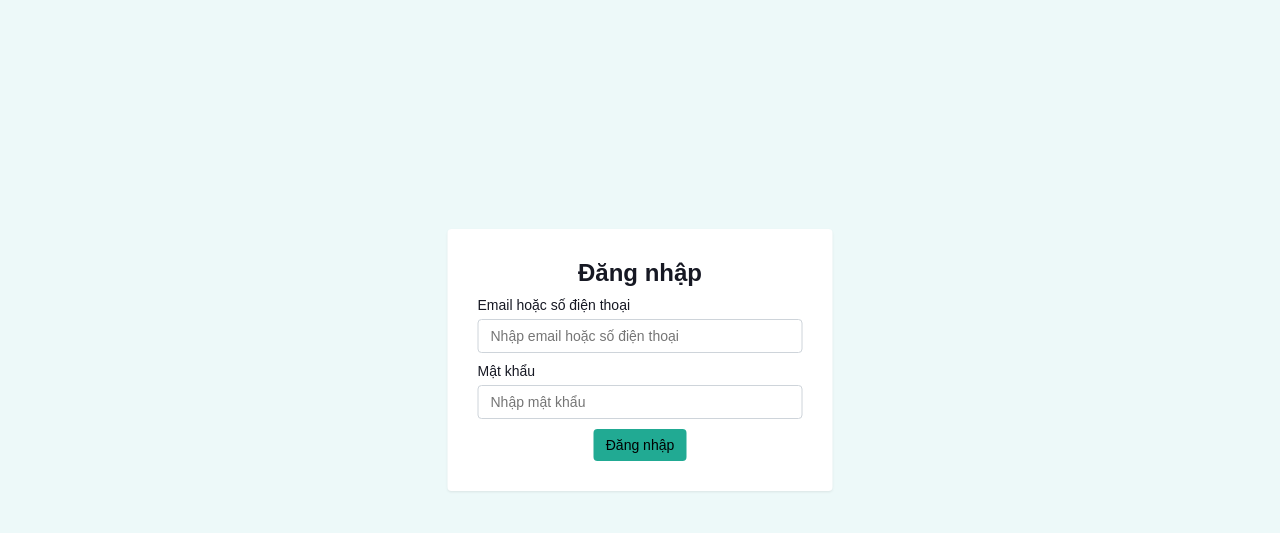
Repository: ntq25012002/chat-app
Page: /login
An editor plug-in stored every save of this project. The page is shown before and after the next save, followed by the edit.
The browser window is 1280 px wide. The pictures show the whole page.
The project was rebuilt for these pictures with package versions that can differ from the ones it lists, and the page was loaded fresh each time. Also part of the build but not shown: src/pages/Home/index.js, src/pages/Profile/index.js, src/layouts/components/SideBar/index.js, src/layouts/DefaultLayout/index.js.

Above is the page before, as saved 2023-05-19 10:46:53.

### src/index.js
import React from 'react';
import ReactDOM from 'react-dom/client';
// import './index.css';
import App from './App';
import reportWebVitals from './reportWebVitals';
import GlobalStyles from '~/components/GlobalStyles';

const root = ReactDOM.createRoot(document.getElementById('root'));
root.render(
  <React.StrictMode>
    <GlobalStyles>
      <App />
    </GlobalStyles>
  </React.StrictMode>
);

// If you want to start measuring performance in your app, pass a function
// to log results (for example: reportWebVitals(console.log))
// or send to an analytics endpoint. Learn more: https://bit.ly/CRA-vitals
reportWebVitals();

### src/App.js
// import logo from './logo.svg';
import './App.css';
import React, {Fragment} from 'react';
import { BrowserRouter as Router, Routes, Route } from 'react-router-dom';
import {publicRoutes, privateRoutes} from '~/routes';
import DefaultLayout from '~/layouts/DefaultLayout';
function App() {
  return (
    <Router>
      <div className="App">
          <Routes>
            {
              publicRoutes.map((route, index) => {
                const Page = route.component;
                let Layout = DefaultLayout;
                if(route.layout) {
                  Layout = route.layout;
                }else if(route.layout === null) {
                  Layout = Fragment;
                }

                return (
                  <Route
                      key={index}
                      path={route.path}
                      element={
                        <Layout>
                          <Page />
                        </Layout>
                      }
                    />
                )
              })
            }

          </Routes>
      </div>
    </Router>
  );
}

export default App;

### src/components/GlobalStyles/index.js
import styles from '~/components/GlobalStyles/GlobalStyle.scss';

function GlobalStyles({ children }) {
    return children
}

export default GlobalStyles;

### src/routes/index.js
import Home from '~/pages/Home'
import Login from '~/pages/Login'
import Profile from '~/pages/Profile'

const publicRoutes = [
    {path: '/', component: Home},
    {path: '/profile', component: Profile},
    {path: '/login', component: Login, layout: null},
]

const privateRoutes = [
    // {route: '/dashboard', component: Dashboard},
]

export {publicRoutes, privateRoutes}

### src/components/GlobalStyles/GlobalStyle.scss
@import url("https://fonts.googleapis.com/css2?family=Poppins:wght@200;300;400;500;600;700&display=swap");

$heightHeader: 60px;
$widthPage: 100%;
$textColorPrimary: #161823;
$colorPrimary: #FE2C55;
$textColorSecond: #161823bf;

:root {
    --width-page: 100%;
    --height-header: 60px;
    --color-primary: #FE2C55;
    --text-color-primary: #161823;
    --text-coloe-second: #161823bf;
    --color-white: #FFFFFFFF;
    --border-color: #0000001f;
    --background-hover: rgb(22 24 35 / 3%);
}

html {
    font-size:62.5%
}

* {
    margin: 0;
    padding: 0;
    box-sizing: border-box;
}

body {
    // font-family: 'Montserrat', sans-serif;
    // font-family: 'Roboto', sans-serif;
    font-family: ProximaNova, Arial, Tahoma, PingFangSC, sans-serif;
    font-size: 1.6rem;
    text-rendering: optimizeSpeed;
    color: $textColorPrimary;
}

button, input, [tabindex] {
    border: none;
    outline: none;
}

a[href] {
    color: $textColorPrimary;
    text-decoration: none;
}

.wrapper {
    margin: 0 auto;
    display: flex;
    align-items: space-between;
    flex-direction: column;
}

.container {
    max-width: $widthPage;
    width: $widthPage;
    margin: 0 auto;
    display: flex;
}

### src/pages/Login/index.js
import React from 'react';
import classNames from 'classnames/bind';
import styles from './Login.module.scss';
import images from '~/assets/images'

const cx = classNames.bind(styles);
function Login() {
    return (
            <div className={cx('wrapper')}>
                <div className={cx('content')} >
                    <img src={images.bg_login} alt="" />
                    <div className={cx('form-container')}>
                        <div className={cx('title')}>
                            <h2>Đăng nhập</h2>
                        </div>
                        <form className={cx('form form-register')}>
                            <div className={cx('form-group')}>
                                <label className={cx('form-label')}>Email hoặc số điện thoại</label>
                                <input type="text" className={cx('form-control')} placeholder='Nhập email hoặc số điện thoại'/>
                            </div>
                            <div className={cx('form-group')}>
                                <label className={cx('form-label')}>Mật khẩu</label>
                                <input type="password" className={cx('form-control')} placeholder='Nhập mật khẩu'/>
                            </div>
                            <button className={cx('btn-submit')}>Đăng nhập</button>
                        </form>
                    </div>
                </div>
            </div>
        );
}

export default Login;

### src/pages/Login/Login.module.scss
.wrapper {
    background-color: rgb(237, 249, 249);
}
.content {
    height: 100vh;
    display: flex;
    justify-content: center;
    align-items: center;
    flex-direction: column;
    position: relative;

    .form-container {
        position: absolute;
        top: 50%;
        left: 50%;
        transform: translate(-50%, -50%);
        box-shadow: 0 0.125rem 0.25rem rgba(0,0,0,0.075);
        padding: 30px;
        background-color: #ffffff;
        border-radius: 4px;
        .title {
            margin-bottom: 10px;
        }
        .form-group {
            display: flex;
            flex-direction: column;
            .form-label {
                text-align: left;
                font-size: 14px;
                margin-bottom: 6px;
            }
            .form-control {
                padding: 8px 12px;
                border: 1px solid #ced4da;
                border-radius: 4px;
                font-size: 14px;
                min-width: 325px;
                margin-bottom: 10px;
            }
        }
        .btn-submit {
            padding: 8px 12px;
            font-size: 14px;
            border-radius: 4px;
            background-color: #21aa93;
        }
    }
}

### src/assets/images/index.js
const images = {
    // logo: require('~/assets/images/logo.svg').default,
    bg_login: require('~/assets/images/signin-img-cyan.svg').default
}

export default images;

Loaded but not shown: public/index.html (common file); src/reportWebVitals.js (common file); src/App.css (common file)

After the next save:
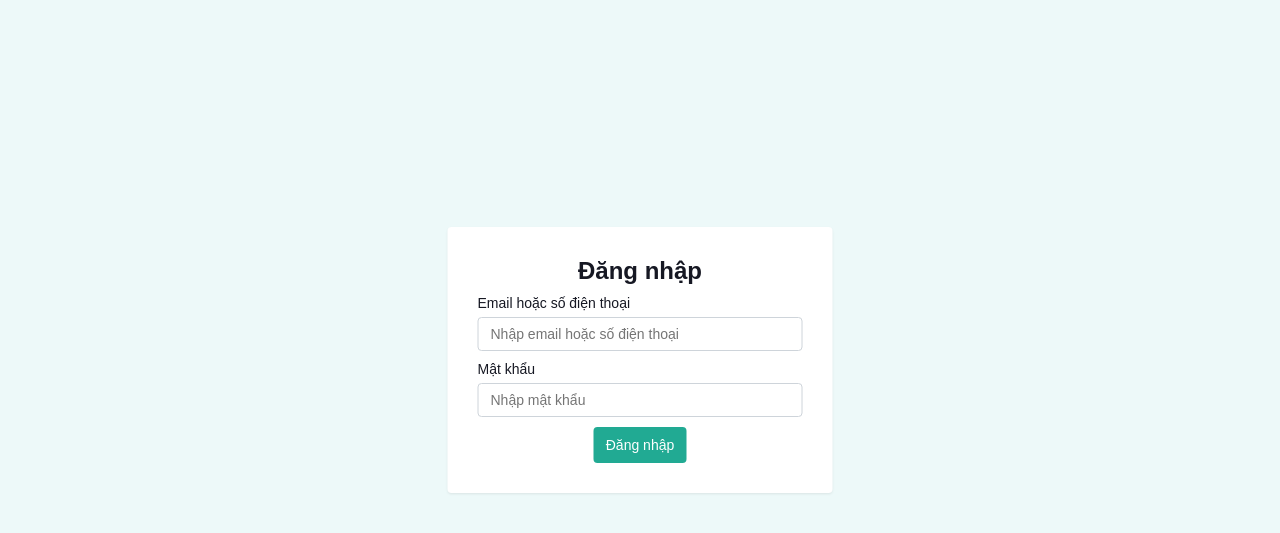
Saved 15 s later.
--- a/src/pages/Login/Login.module.scss
+++ b/src/pages/Login/Login.module.scss
@@ -39,10 +39,11 @@
             }
         }
         .btn-submit {
-            padding: 8px 12px;
+            padding: 10px 12px;
             font-size: 14px;
             border-radius: 4px;
             background-color: #21aa93;
+            color: #ffffff;
         }
     }
 }
